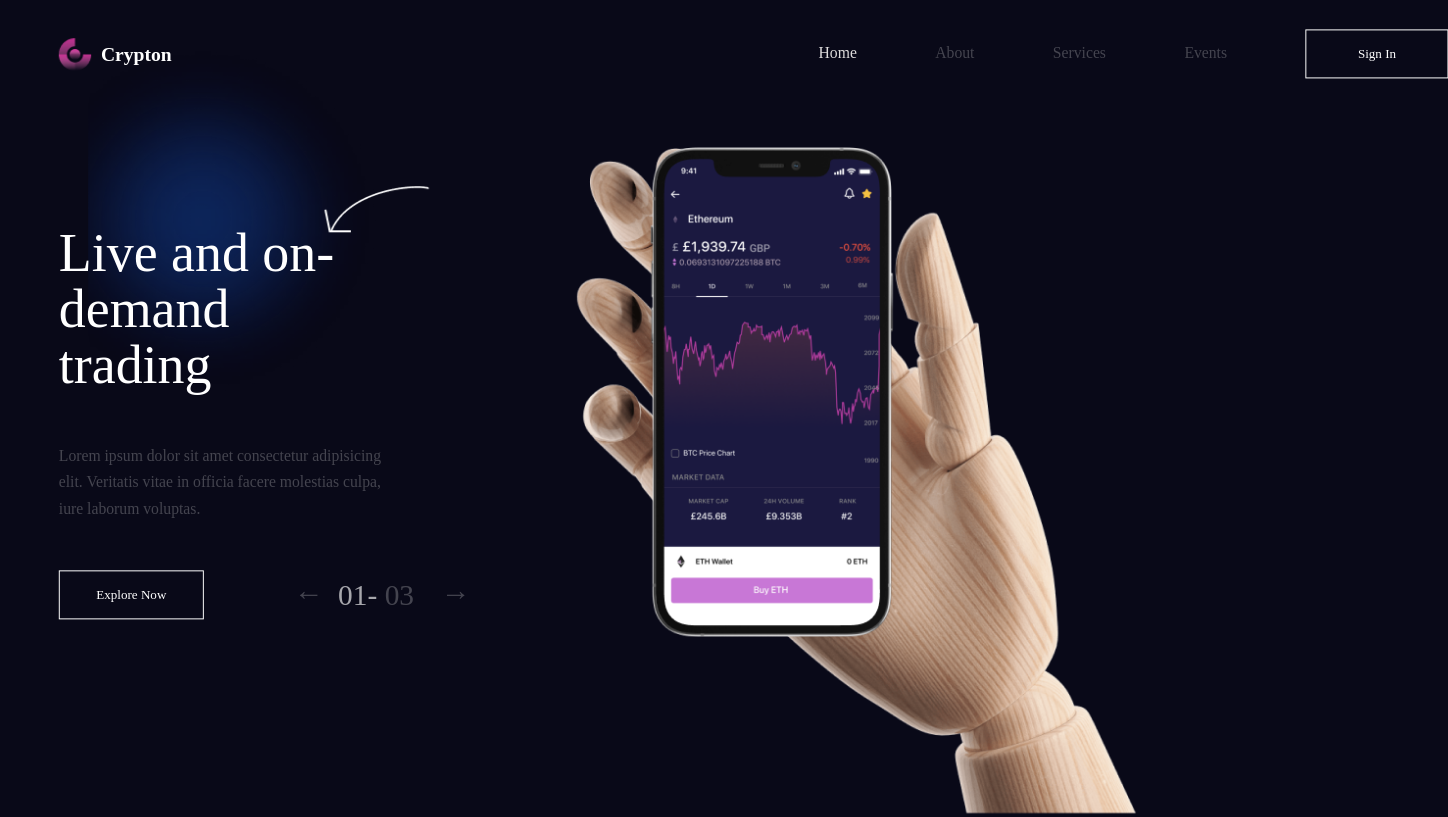
Repository: isaacCodes1/Crypton-Website
Page: index.html
The author's editor kept a copy of each file at every save. The page is drawn from the files as they stood at one save, then again after the next save.
The browser window is 1280 px wide. The page is 1478 px wide, so the pictures cover 1478 px, including what lies to the right of the window. The pictures show the whole page, at 98% of full size.

Above is the page before, as saved 2024-05-14 20:52:03.

After the next save:
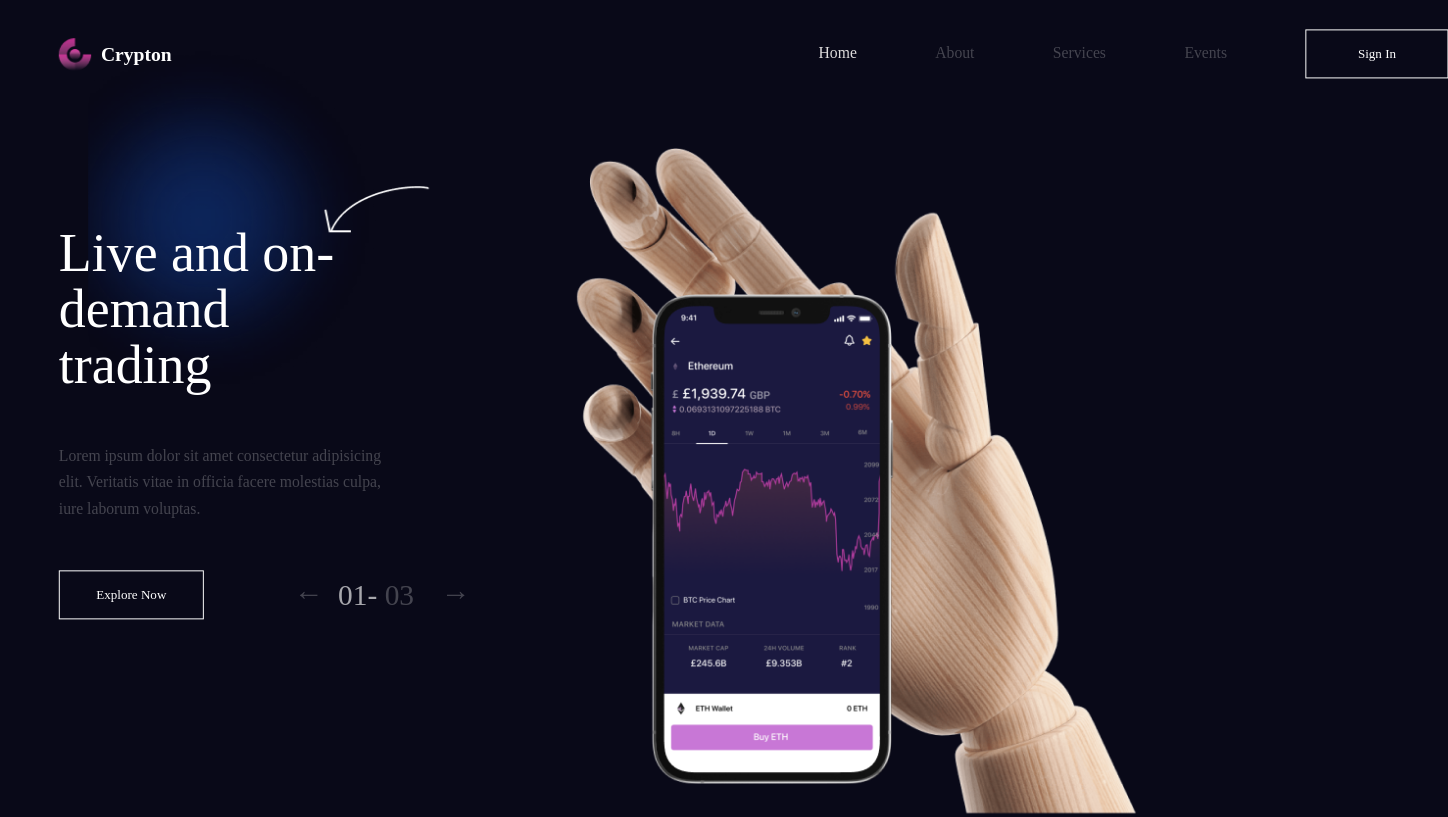
Saved 6 s later.
--- a/style.css
+++ b/style.css
@@ -140,5 +140,5 @@
 .wood{
     position: absolute;
     right: 248px;
-
+    top: 150px;
 }

After the 2 saves that followed:
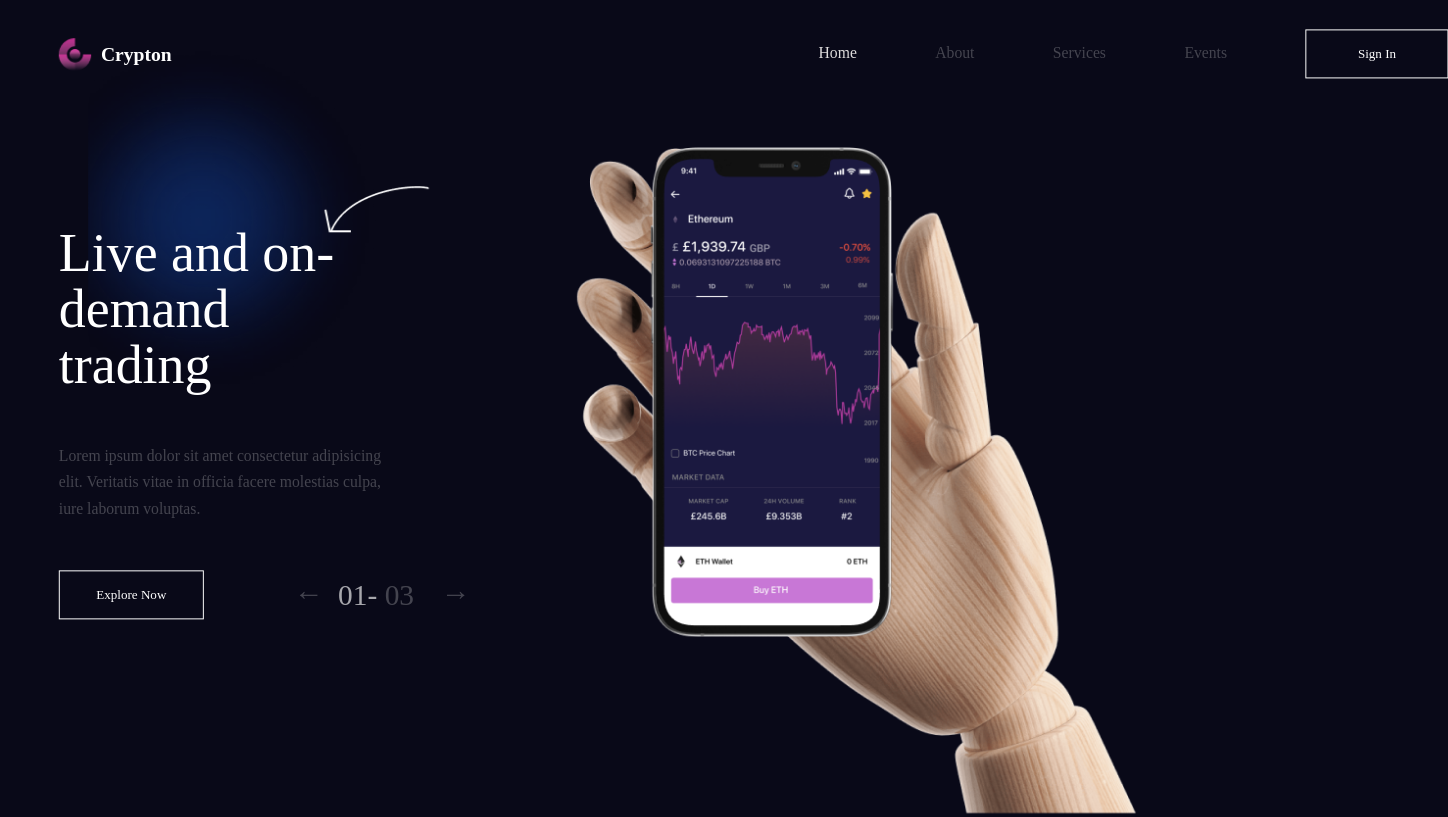
The 2 saves are shown as one change because they came seconds apart.
The last was saved 8 s later.
--- a/style.css
+++ b/style.css
@@ -140,5 +140,5 @@
 .wood{
     position: absolute;
     right: 248px;
-    top: 150px;
+    top: 0px;
 }
